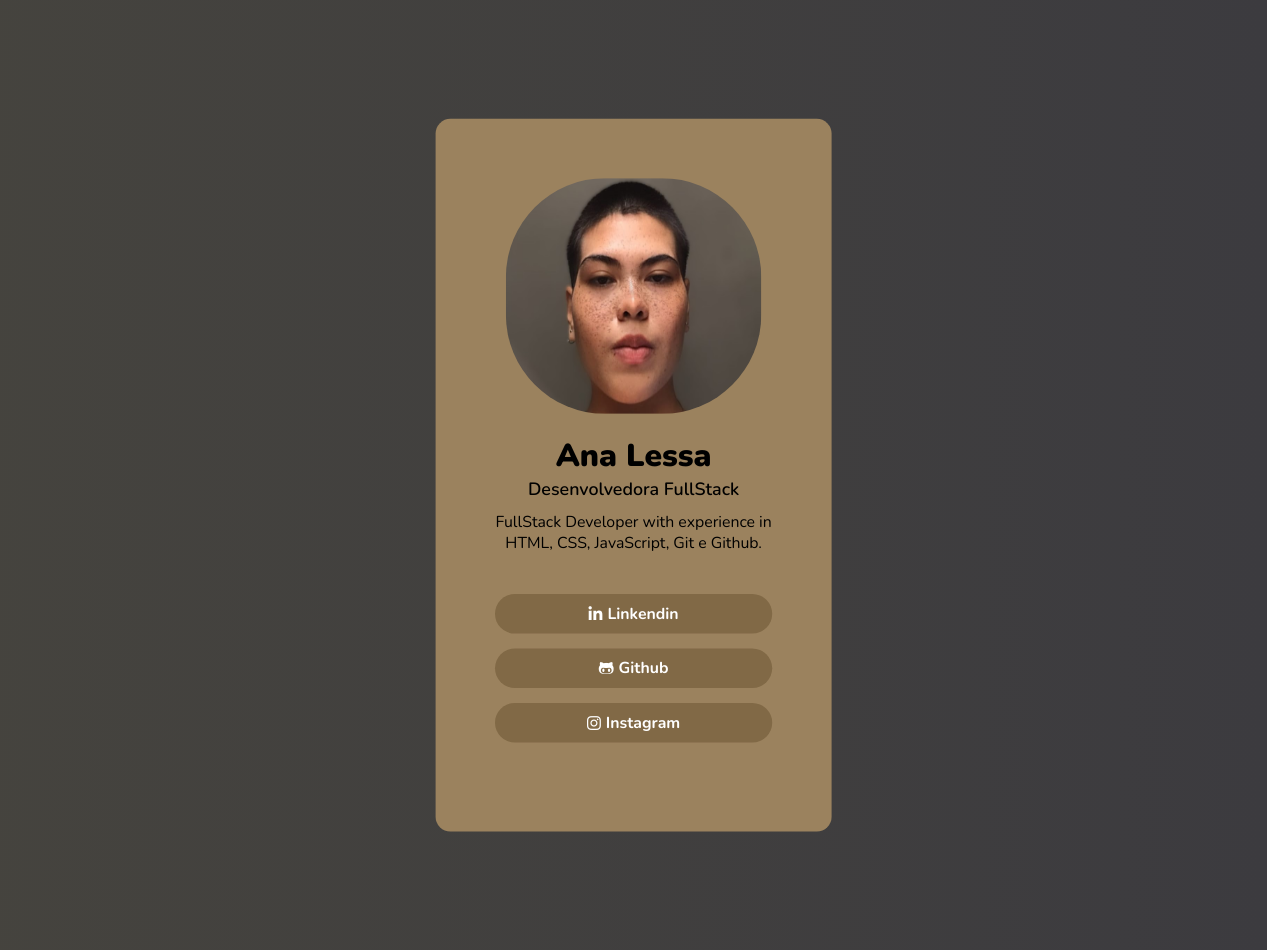
Repository: analessp/linktree
Page: index.html
The author's editor kept a copy of each file at every save. The page is drawn from the files as they stood at one save, then again after the next save.
The browser window is 1280 px wide. The pictures show the whole page, at 99% of full size.

Above is the page before, as saved 2025-04-11 11:45:41.

### index.html
<!DOCTYPE html>
<html lang="pt-BR">
<head>
    <meta charset="UTF-8">
    <meta name="viewport" content="width=device-width, initial-scale=1.0">
    <title>Linktree Ana Lessa</title>
    <link rel="stylesheet" href="./css/style.css">
    <link rel="preconnect" href="https://fonts.googleapis.com">
    <link rel="preconnect" href="https://fonts.gstatic.com" crossorigin>
    <link href="https://fonts.googleapis.com/css2?family=Nunito:ital,wght@0,200..1000;1,200..1000&display=swap" rel="stylesheet">
    <link rel="stylesheet" href="https://cdnjs.cloudflare.com/ajax/libs/font-awesome/6.5.0/css/all.min.css">
</head>
<body>
    <div class="container-main">
    <div class="container-image">
        <img src="./assets/img.jpg" alt="Foto de Ana Lessa">
    </div>
    <div class="container-infos">
        <h1>Ana Lessa</h1>
        <h2>Desenvolvedora FullStack</h2>
    </div>
    <div class="container-easter-egg">
        <p>FullStack Developer with experience in HTML, CSS, JavaScript, Git e Github.</p>
    </div>
    <div class="container-social-links">
        <ul>
            <a href="https://www.linkedin.com/in/ana-lessa-2a312a253/" target="_blank">
            <li>
            <i class="fa-brands fa-linkedin-in"></i>
            <p>Linkendin</p>
            </li></a>
            <a href="https://github.com/analessp" target="_blank">
            <li>
            <i class="fa-brands fa-github-alt"></i>
            <p>Github</p>
            </li></a>
            <a href="https://www.instagram.com/analessp/" target="_blank">
            <li>
            <i class="fa-brands fa-instagram"></i>
            <p>Instagram</p>
            </li></a>
        </ul>
    </div>
    </div>
</body>
</html>

### css/style.css
@import url(./effects.css);

* {
    font-family: "Nunito", sans-serif;
    margin: 0;
    padding: 0;
    box-sizing: border-box;
}

body {
    background: #3C3B3F;  /* fallback for old browsers */
background: -webkit-linear-gradient(to right, #605C3C, #3C3B3F);  /* Chrome 10-25, Safari 5.1-6 */
background: linear-gradient(to right, #605C3C, #3C3B3F); /* W3C, IE 10+/ Edge, Firefox 16+, Chrome 26+, Opera 12+, Safari 7+ */
animation: gradientShift 10s ease infinite;
    background-size: 400%;
}

@keyframes gradientShift {
    0% { background-position: 0% 50%; }
    50% { background-position: 100% 50%; }
    100% { background-position: 0% 50%; }
  }

.container-main {
    background-color: #9b825e;
    width: 400px;
    height: 720px;
    box-sizing: border-box;
    margin: 120px auto;
    padding: 60px;
    border-radius: 15px;
    text-align: center;
}

.container-image img{
        width: 258px;
        height: 238px;
        border-radius: 100px;
}

.container-infos {
margin-top: 15px;
margin-bottom: 10px;
}

.container-infos h1 {
    font-weight: 900;
}

.container-infos h2 {
    font-weight: 600;
    font-size: 18px;
}

.container-social-links ul {
    list-style: none;
    display: flex;
    flex-direction: column;
    gap: 15px;
}

.container-social-links a {
    text-decoration: none;
    color: #ffffff;
}

.container-social-links {
    margin-top: 40px;
}


.container-social-links li {
    display: flex;
    justify-content: center;
    gap: 5px;
    align-items: center;
    width: 280px;
    height: 40px;
    background-color: #816946;
    border-radius: 20px;
    font-weight: 700;
    transform-origin: 0.6s%;

    &:hover {
        background-color: bisque (0, 0, 0);
        transform: scale(1.1);
    }
}

Loaded but not shown: css/effects.css (no stored copy; drawn as an empty file)

After the next save:
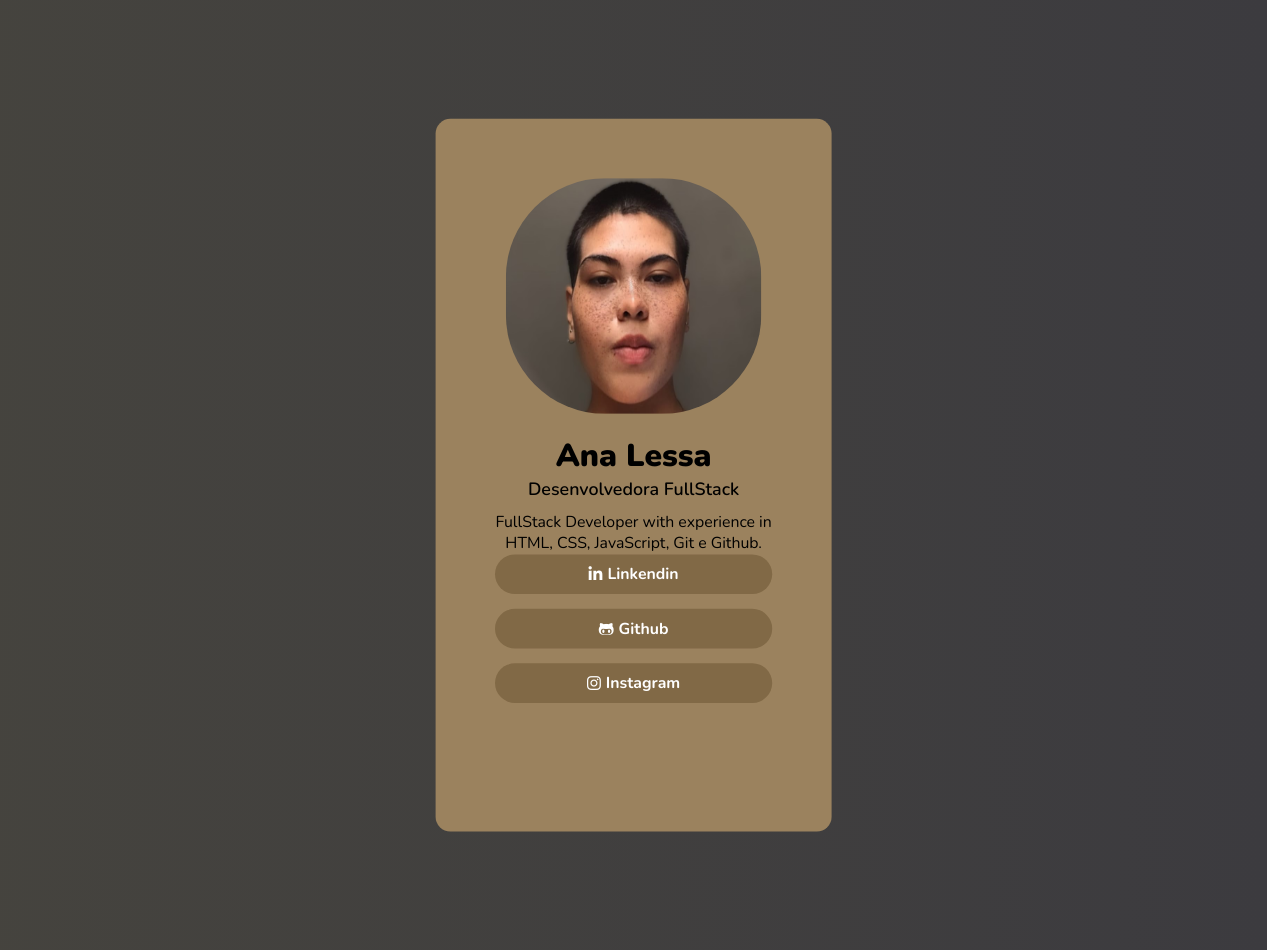
Saved 44 s later.
--- a/css/style.css
+++ b/css/style.css
@@ -64,10 +64,6 @@ margin-bottom: 10px;
     color: #ffffff;
 }
 
-.container-social-links {
-    margin-top: 40px;
-}
-
 
 .container-social-links li {
     display: flex;

After the save that followed:
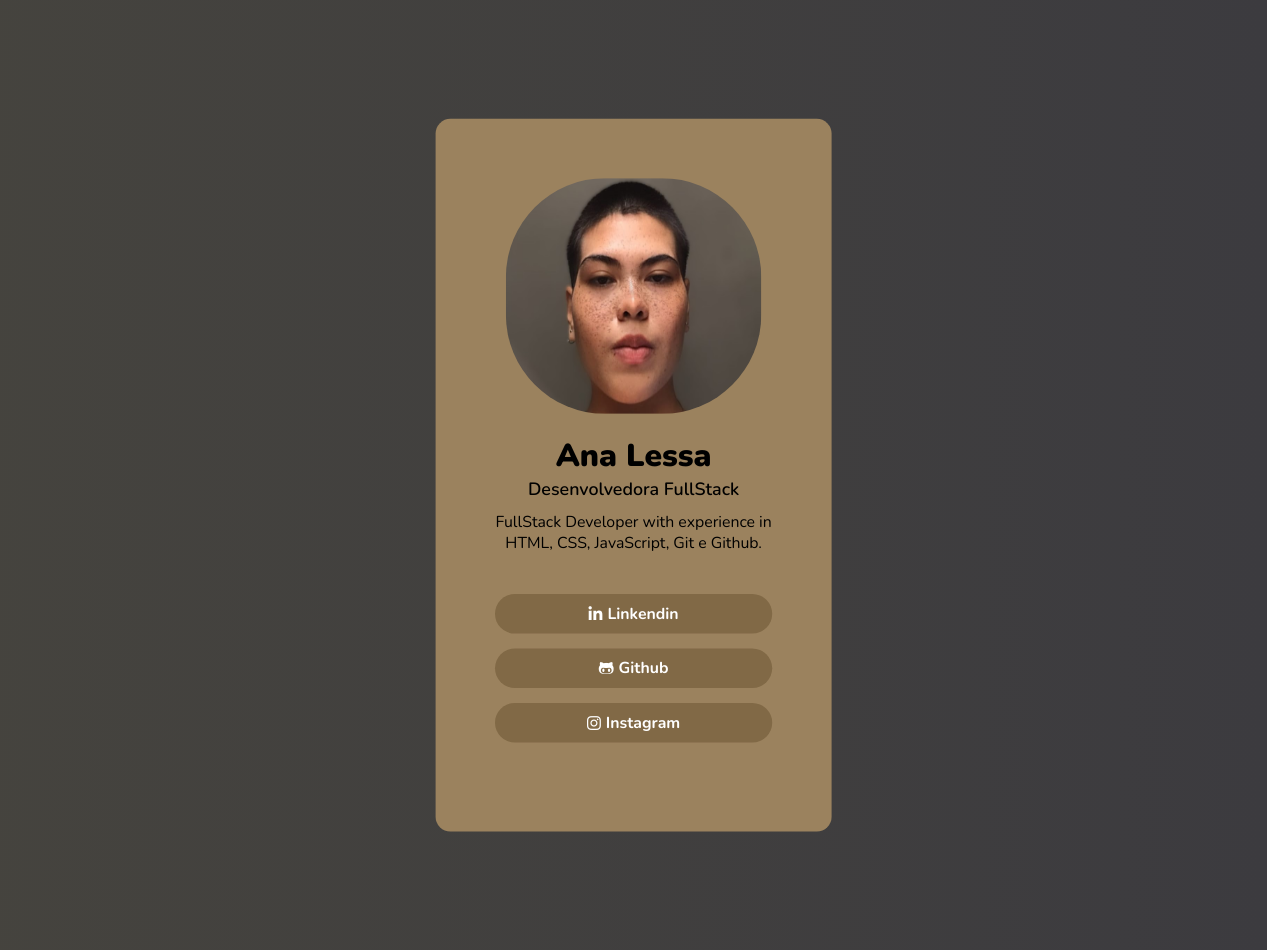
Saved 6 s later.
--- a/css/style.css
+++ b/css/style.css
@@ -52,6 +52,11 @@ margin-bottom: 10px;
     font-size: 18px;
 }
 
+.container-social-links {
+    margin-top: 40px;
+}
+
+
 .container-social-links ul {
     list-style: none;
     display: flex;
